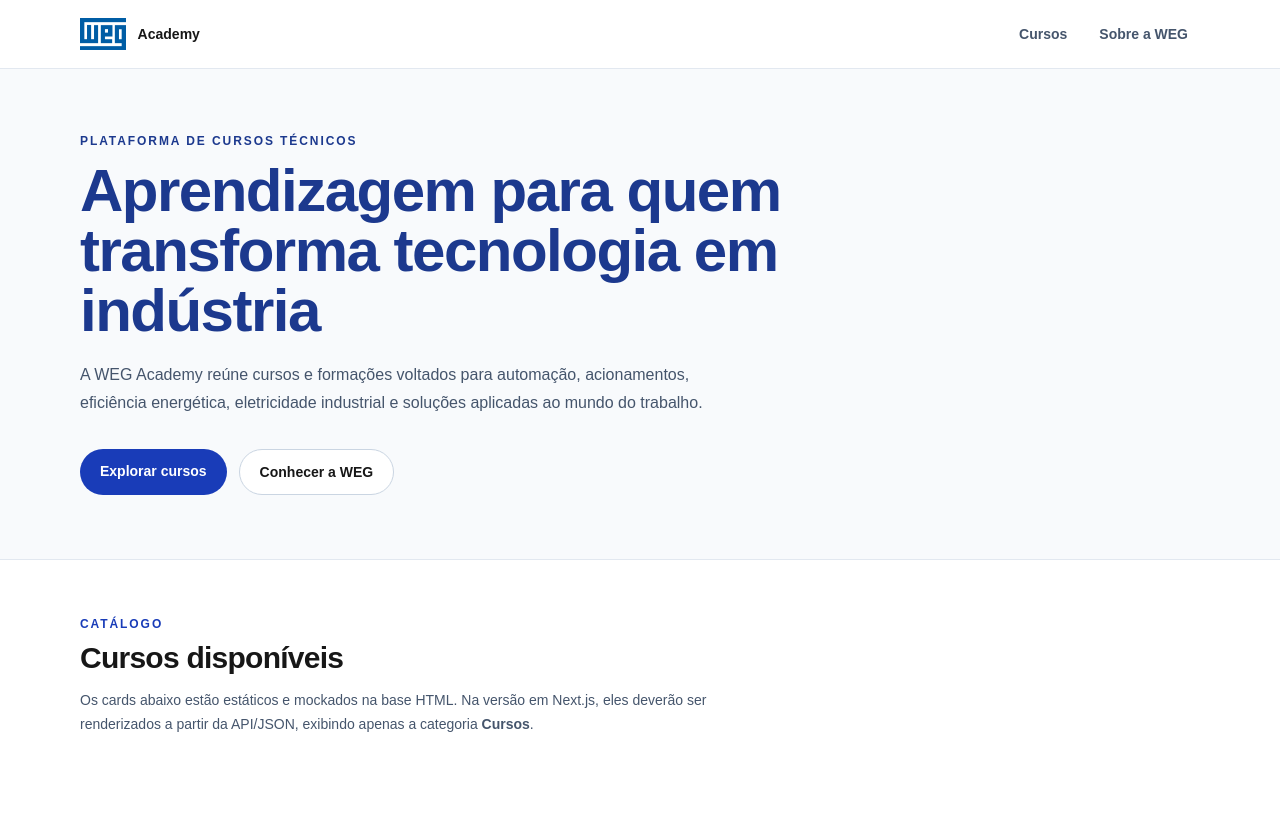
Repository: juniorAntunes910/Prova-Next-Junior_Gabriel_Antunes_de_Souza-Correta
Page: / (app in prova/)
The author's editor kept a copy of each file at every save. The page is drawn from the files as they stood at one save, then again after the next save.
The browser window is 1280 px wide. The pictures show the whole page.
The project was rebuilt for these pictures with package versions that can differ from the ones it lists, and the page was loaded fresh each time. The framework's server and built-in components were replaced by stand-ins that run in the browser. Also part of the build but not shown: prova/next.config.mjs.

Above is the page before, as saved 2026-07-10 07:59:27.

### prova/src/app/layout.js
import "./globals.css";
import Topbar from "@/components/Topbar";

export const metadata = {
  title: "Create Next App",
  description: "Generated by create next app",
};

export default function RootLayout({ children }) {
  return (
    <html lang="en">
      <body className="min-h-full flex flex-col">
        <Topbar />
        {children}
      </body>
    </html>
  );
}

### prova/src/app/page.js
import Hero from "@/components/Hero";

export default function Home() {
  return (
    <main>
      <Hero />

      <section className="mx-auto max-w-6xl px-4 py-14" id="cursos">
        <div className="mb-8 max-w-2xl">
          <p className="mb-2 text-xs font-extrabold uppercase tracking-[0.16em] text-blue-800">
            Catálogo
          </p>
          <h2 className="text-3xl font-extrabold tracking-tight text-weg-dark">
            Cursos disponíveis
          </h2>
          <p className="mt-3 text-sm leading-6 text-slate-600">
            Os cards abaixo estão estáticos e mockados na base HTML. Na versão
            em Next.js, eles deverão ser renderizados a partir da API/JSON,
            exibindo apenas a categoria <strong>Cursos</strong>.
          </p>
        </div>
      </section>
    </main>
  );
}

### prova/src/components/Topbar.js
import Image from "next/image";
export default function Topbar() {
  return (
    <header className="border-b border-slate-200 bg-white">
      <div className="mx-auto flex max-w-6xl flex-col gap-4 px-4 py-4 md:flex-row md:items-center md:justify-between">
        <a
          href="./index.html"
          className="flex items-center gap-3"
          aria-label="Página inicial WEG Academy"
        >
          <Image
            src="/logo-weg.png"
            alt="Logo WEG"
            height={64}
            width={64}
            className="h-8 w-auto"
          >
          </Image>
          <span className="text-sm font-bold text-weg-dark">Academy</span>
        </a>

        <nav
          className="flex items-center gap-2 text-sm font-semibold text-slate-600"
          aria-label="Navegação principal"
        >
          <a
            href="./index.html"
            className="rounded-full bg-weg-light px-3 py-2 text-weg-dark"
          >
            Cursos
          </a>
          <a
            href="./sobre.html"
            className="rounded-full px-3 py-2 hover:bg-slate-100"
          >
            Sobre a WEG
          </a>
        </nav>
      </div>
    </header>
  );
}

### prova/src/components/Hero.js
export default function Hero() {
  return (
    <section className="border-b border-slate-200 bg-slate-50">
      <div className="mx-auto max-w-6xl px-4 py-16">
        <div className="max-w-3xl">
          <p className="mb-3 text-xs font-extrabold uppercase tracking-[0.16em] text-blue-900">
            Plataforma de cursos técnicos
          </p>
          <h1 className="text-4xl font-extrabold tracking-tight text-blue-900 md:text-6xl">
            Aprendizagem para quem transforma tecnologia em indústria
          </h1>
          <p className="mt-5 max-w-2xl text-base leading-7 text-slate-600">
            A WEG Academy reúne cursos e formações voltados para automação,
            acionamentos, eficiência energética, eletricidade industrial e
            soluções aplicadas ao mundo do trabalho.
          </p>
          <div className="mt-8 flex flex-wrap gap-3">
            <a
              href="#cursos"
              className="rounded-full bg-weg-blue px-5 py-3 text-sm font-bold bg-blue-800 text-white hover:bg-blue-900"
            >
              Explorar cursos
            </a>
            <a
              href="./sobre.html"
              className="rounded-full border border-slate-300 bg-white px-5 py-3 text-sm font-bold text-weg-dark hover:bg-slate-50"
            >
              Conhecer a WEG
            </a>
          </div>
        </div>
      </div>
    </section>
  );
}

Loaded but not shown: prova/src/app/globals.css (common file)

After the next save:
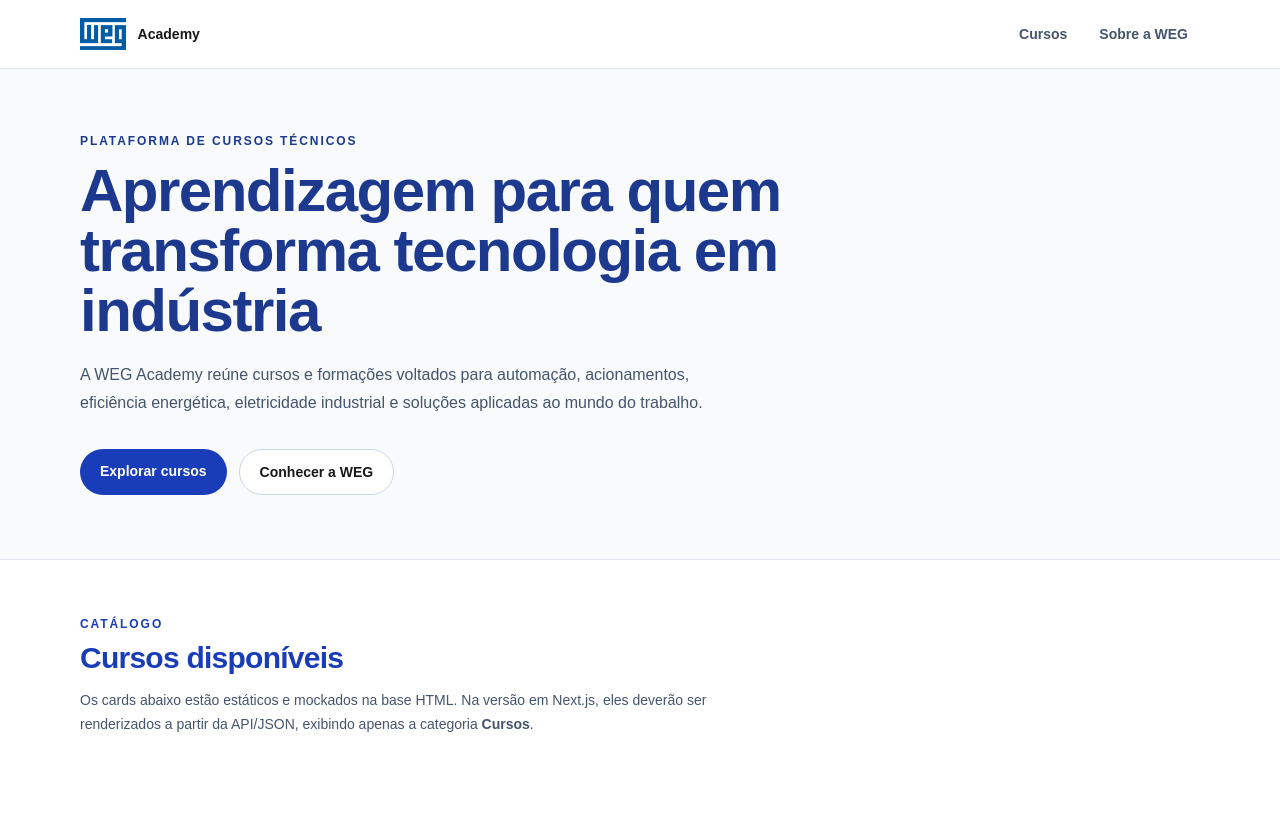
Saved 7 s later.
--- a/prova/src/app/page.js
+++ b/prova/src/app/page.js
@@ -10,7 +10,7 @@
           <p className="mb-2 text-xs font-extrabold uppercase tracking-[0.16em] text-blue-800">
             Catálogo
           </p>
-          <h2 className="text-3xl font-extrabold tracking-tight text-weg-dark">
+          <h2 className="text-3xl font-extrabold tracking-tight text-blue-800">
             Cursos disponíveis
           </h2>
           <p className="mt-3 text-sm leading-6 text-slate-600">
